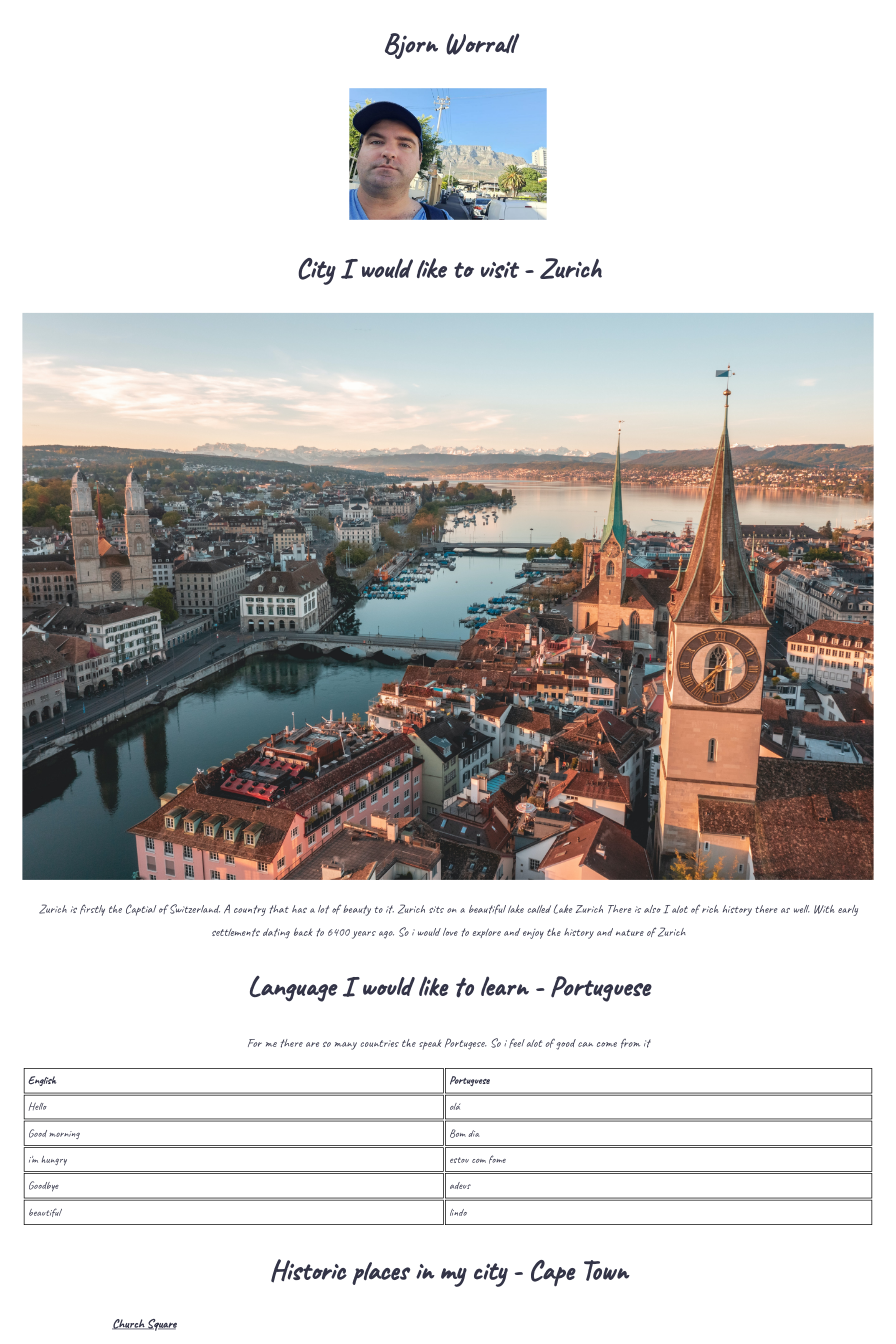
Repository: lasity34/basic-webpage
Page: my - webpage - grid.html
An editor plug-in stored every save of this project. The page is shown before and after the next save, followed by the edit.
The browser window is 1280 px wide. The pictures show the part of the page from y = 0 to 1920 px (the page is 3233 px tall before and 3286 px after), at 70% of full size.

Above is the page before, as saved 2023-03-06 16:16:58.

### my - webpage - grid.html
<!DOCTYPE html>
<html lang="en">
  <link rel="stylesheet" type="text/css" href="simple-grid.css" />
  <!-- <link rel="stylesheet" type="text/css" href="styles.css" /> -->
  <link rel="preconnect" href="https://fonts.googleapis.com" />
  <link rel="preconnect" href="https://fonts.gstatic.com" crossorigin />
  <link
    href="https://fonts.googleapis.com/css2?family=Caveat&display=swap"
    rel="stylesheet"
  />

  <head>
    <meta charset="UTF-8" />
    <meta http-equiv="X-UA-Compatible" content="IE=edge" />
    <meta name="viewport" content="width=device-width, initial-scale=1.0" />
    <title>Bjorns Profile Reponsive</title>
  </head>
  <body>
    <main>

      <section class="container" id="profile_section">
        <div>
          <h1 id="profile_name col-3">Bjorn Worrall</h1>
          <img
            class="col-4-sm"
            id="profile_img"
            src="../images/profile.jpg"
            alt="A picture of me with table Mountain at the back"
          />
        </div>

      </section>
      <section id="city_section">
        <div id="city_container">
          <h1>City I would like to visit - Zurich</h1>
          <img src="../images/zurich.jpg" width="100%" />
        </div>
        <p>
          Zurich is firstly the Captial of Switzerland. A country that has a lot
          of beauty to it. Zurich sits on a beautiful lake called Lake Zurich
          There is also I alot of rich history there as well. With early
          settlements dating back to 6400 years ago. So i would love to explore
          and enjoy the history and nature of Zurich
        </p>
      </section>
      <section id="language">
        <h1>Language I would like to learn - Portuguese</h1>
        <p>
          For me there are so many countries the speak Portugese. So i feel alot
          of good can come from it
        </p>

        <table>
          <tr>
            <th>English</th>
            <th>Portuguese</th>
          </tr>
          <tr>
            <td>Hello</td>
            <td>olá</td>
          </tr>
          <tr>
            <td>Good morning</td>
            <td>Bom dia</td>
          </tr>
          <tr>
            <td>i'm hungry</td>
            <td>estou com fome</td>
          </tr>
          <tr>
            <td>Goodbye</td>
            <td>adeus</td>
          </tr>
          <tr>
            <td>beautiful</td>
            <td>lindo</td>
          </tr>
        </table>
      </section>
      <section class="container">
        <h1>Historic places in my city - Cape Town</h1>

        <div class="row">
          <h4>Church Square</h4>
          <div class="align col-4">
            <p class="col-6-sm">
              The name Spin Street comes from a silk–spinning factory between
              Plein Street and Parliament Street. it houses a cultural and
              historical museum. In 1961, the square was declared a heritage
              site.
            </p>

            <img class="col-6-sm" src="../images/church_square.jpg" />
          </div>

          <h4>City Hall</h4>
          <div class="align col-4">
            <img class="col-6-sm" src="../images/city_hall.jpg" />
            <div class="col-6-sm" id="places_info_hall">
              <p>
                On February 11, 1990, only hours after his release from prison,
                Nelson Mandela made his first public speech. Was built in 1905
                as a large Edwardian building
              </p>
            </div>
          </div>
          <div class="col-4">
            <h4>District 6 Museum</h4>
            <div class="align">
              <p class="col-6-sm">
                Serves as a memorial to the forced movement of 60,000
                inhabitants of various races in District Six during Apartheid in
                the 1970s. One former resident is jazz musician, Abdullah
                Ibrahim, better known by the name Dollar Brand. District Six
                museum was founded in 1994.
              </p>
              <img class="col-6-sm" src="../images/district_6.jpg" />
            </div>
          </div>
        </div>
      </section>
    </main>
  </body>
</html>

### simple-grid.css
/**
*** SIMPLE GRID
*** (C) ZACH COLE 2016
**/

@import url(https://fonts.googleapis.com/css?family=Lato:400,300,300italic,400italic,700,700italic);

/* UNIVERSAL */

html,
body {
  height: 100%;
  width: 100%;
  margin: 0;
  padding: 0;
  left: 0;
  top: 0;
  font-size: 100%;
}

/* ROOT FONT STYLES */

* {
  font-family: "Lato", Helvetica, sans-serif;
  color: #333447;
  line-height: 1.5;
}

/* TYPOGRAPHY */

h1 {
  font-size: 2.5rem;
}

h2 {
  font-size: 2rem;
}

h3 {
  font-size: 1.375rem;
}

h4 {
  font-size: 1.125rem;
  text-align: left;
  margin: 0;
  text-decoration: underline;
}

h5 {
  font-size: 1rem;
}

h6 {
  font-size: 0.875rem;
}

p {
  font-size: 1.125rem;
  font-weight: 200;
  line-height: 1.8;
}

.font-light {
  font-weight: 300;
}

.font-regular {
  font-weight: 400;
}

.font-heavy {
  font-weight: 700;
}

/* POSITIONING */

.left {
  text-align: left;
}

.right {
  text-align: right;
}

.center {
  text-align: center;
  margin-left: auto;
  margin-right: auto;
}

.justify {
  text-align: justify;
}

/* ==== GRID SYSTEM ==== */

.container {
  width: 95%;
  margin-left: auto;
  margin-right: auto;
}

.row {
  position: relative;
  width: 100%;
}

.col-1,
.col-2,
.col-3,
.col-4,
.col-5,
.col-6,
.col-7,
.col-8,
.col-9,
.col-10,
.col-11,
.col-12 {
  width: 96%;
}

.col-1-sm {
  width: 4.33%;
}

.col-2-sm {
  width: 12.66%;
}

.col-3-sm {
  width: 21%;
}

.col-4-sm {
  width: 29.33%;
}

.col-5-sm {
  width: 37.66%;
}

.col-6-sm {
  width: 46%;
}

.col-7-sm {
  width: 54.33%;
}

.col-8-sm {
  width: 62.66%;
}

.col-9-sm {
  width: 71%;
}

.col-10-sm {
  width: 79.33%;
}

.col-11-sm {
  width: 87.66%;
}

.col-12-sm {
  width: 96%;
}

.row::after {
  content: "";
  display: table;
  clear: both;
}

.hidden-sm {
  display: none;
}

@media only screen and (min-width: 45em) {
  /* 720px */
  .col-1 {
    width: 4.33%;
  }

  .col-2 {
    width: 12.66%;
  }

  .col-3 {
    width: 21%;
  }

  .col-4 {
    width: 29.33%;
  }

  .col-5 {
    width: 37.66%;
  }

  .col-6 {
    width: 46%;
  }

  .col-7 {
    width: 54.33%;
  }

  .col-8 {
    width: 62.66%;
  }

  .col-9 {
    width: 71%;
  }

  .col-10 {
    width: 79.33%;
  }

  .col-11 {
    width: 87.66%;
  }

  .col-12 {
    width: 96%;
  }

  .hidden-sm {
    display: block;
  }
}

@media only screen and (min-width: 60em) {
  /* 960px */
  .container {
    width: 95%;
    max-width: 60rem;
  }
}

* {
  font-family: "Caveat", "Arial Narrow", Arial, sans-serif;
}

main {
  max-width: 95%;
  margin: 2rem auto;
  text-align: center;
}

#profile_section {
  text-align: center;
}

table {
  margin: auto;
}

td,
th {
  border: 1px solid black;
  padding: 0.3em;
  width: 1%;
  text-align: left;
}

.align {
  display: flex;
  align-items: center;
}

@media (max-width: 447px) {
  .align {
    text-align: center;
    flex-direction: column;
    align-content: center;
  }

  #places_info_hall {
    order: -1;
    padding-left: 0;
  }

  .places_info,
  #places_info_hall {
    margin-bottom: 2em;
  }

  .col-5-sm,
  .col-6-sm {
    width: 100%;
  }

  h4 {
    text-align: center;
  }
}

@media (max-width: 800px) {
  .history_container {
    margin-bottom: 1em;
  }

  .col-6-sm {
    margin: 0.5em;
  }
}

@media (min-width: 720px) {
  #places_info_hall {
    order: -1;
  }

  .flex {
    display: flex;
  }
}

After the next save:
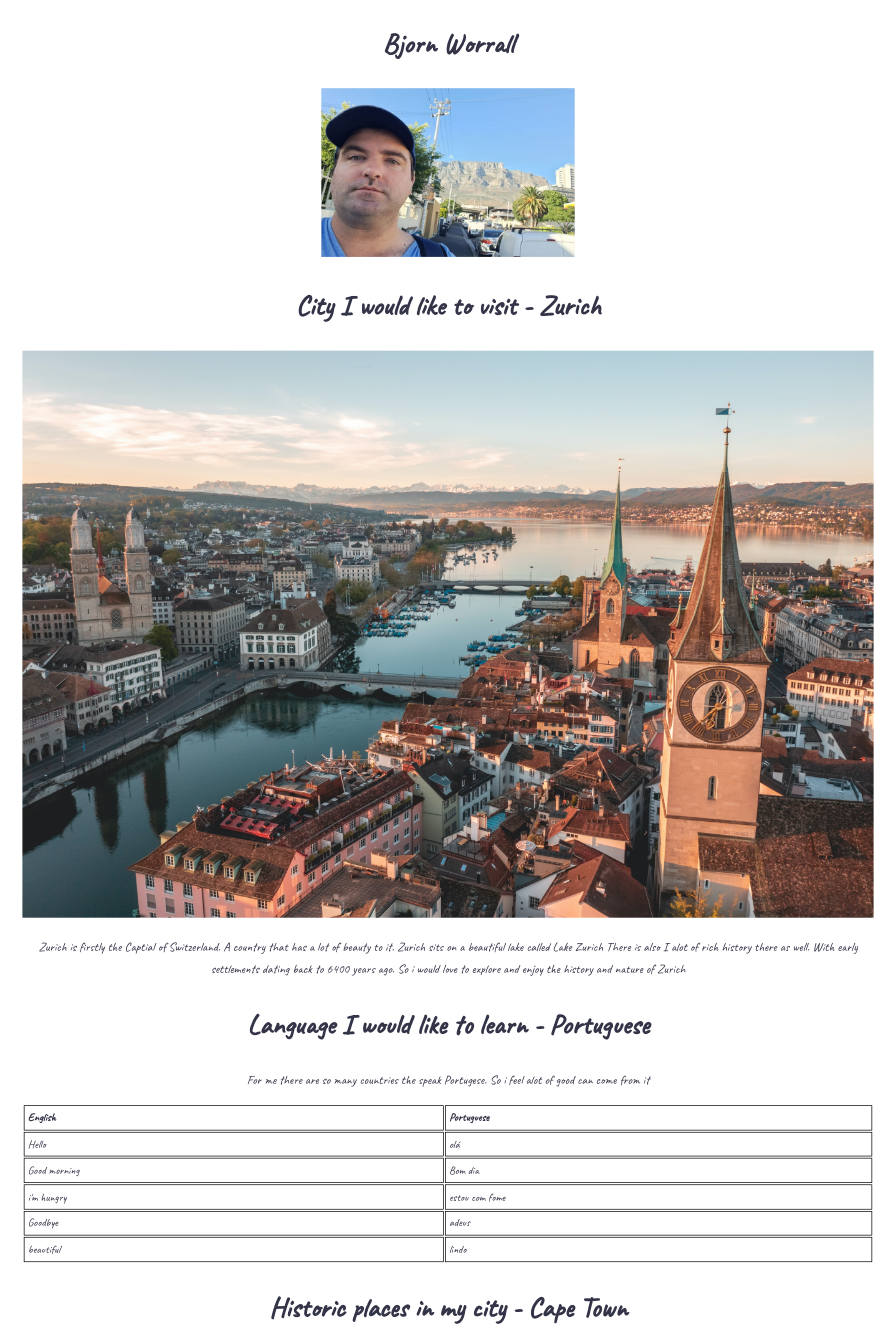
Saved 45 s later.
--- a/my - webpage - grid.html
+++ b/my - webpage - grid.html
@@ -17,18 +17,16 @@
   </head>
   <body>
     <main>
-
       <section class="container" id="profile_section">
-        <div>
-          <h1 id="profile_name col-3">Bjorn Worrall</h1>
+        <div class="row">
+          <h1 id="profile_name col-5">Bjorn Worrall</h1>
           <img
-            class="col-4-sm"
+            class="col-4-sm col-5"
             id="profile_img"
             src="../images/profile.jpg"
             alt="A picture of me with table Mountain at the back"
           />
         </div>
-
       </section>
       <section id="city_section">
         <div id="city_container">
